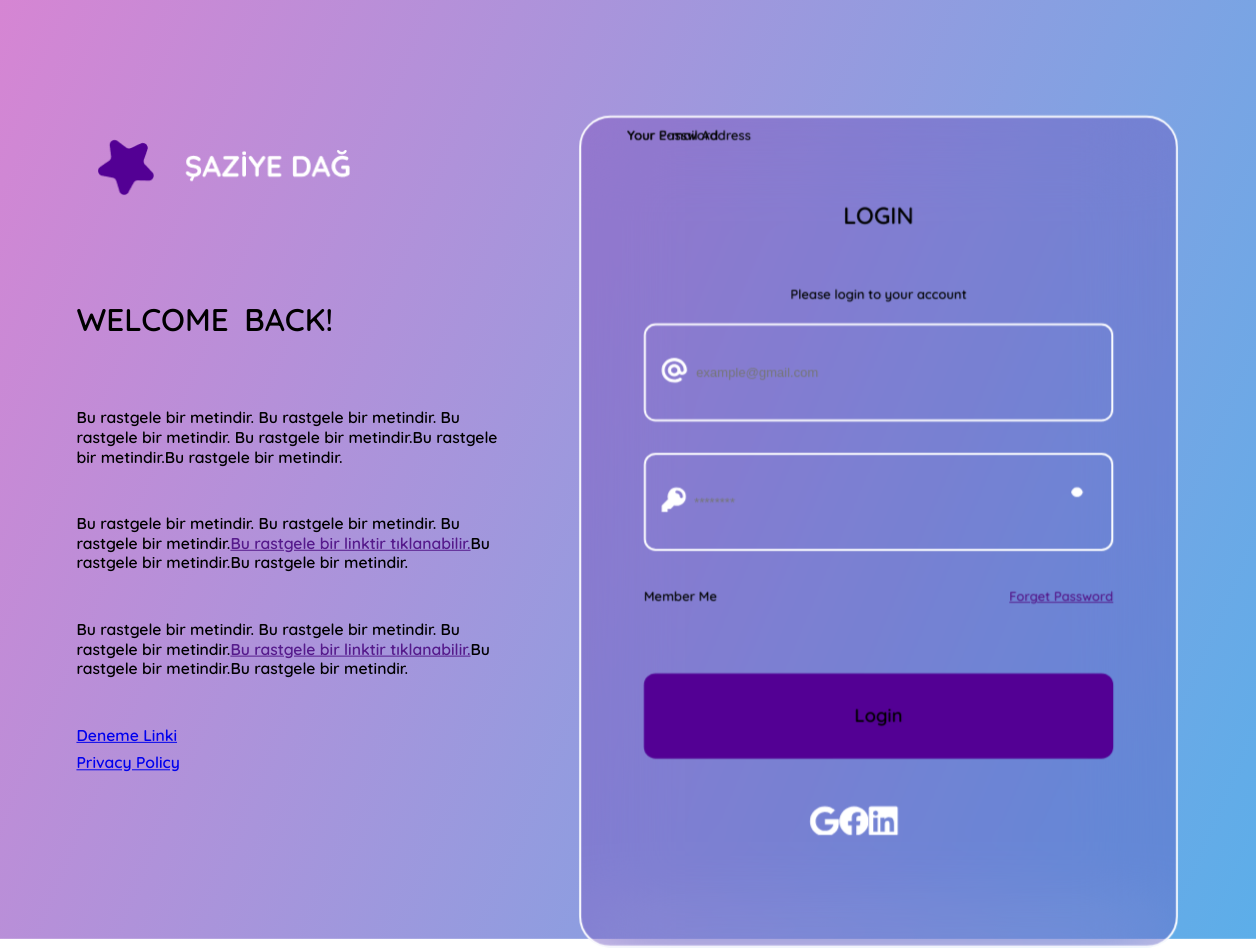
Repository: szydag/login
Page: /
These files come from the project's save history. The page is drawn as it stood at one moment and after the next save; the edit follows.
The browser window is 1280 px wide. The page is 1282 px wide, so the pictures cover 1282 px, including what lies to the right of the window. The pictures show the whole page, at 98% of full size.
The project was rebuilt for these pictures with package versions that can differ from the ones it lists, and the page was loaded fresh each time. Also part of the build but not shown: src/assets/svgr/unhiddenIcon/index.js.

Above is the page before, as saved 2023-10-29 20:50:55.

### src/index.js
import React from 'react';
import ReactDOM from 'react-dom/client';
import App from './app/index';
import {
    BrowserRouter
} from "react-router-dom";

const root = ReactDOM.createRoot(document.getElementById('root'));
root.render(
    <BrowserRouter>
        <App />
    </BrowserRouter>
);

### src/app/index.js
import LoginPage from "./pages/login";
import useStyles from "./style";

const App = () => {
    const classes = useStyles();
    return <div
        className={classes.main}
    >
        <LoginPage />
    </div>

};

export default App;

### src/app/pages/login/index.js
import React, { useEffect } from 'react'
import useStyles from './style';
import logo from './../../../assets/logo.png'
import MailIcon from './../../../assets/svgr/mailIcon/index.js'
import PasswordIcon from './../../../assets/svgr/passwordIcon/index.js'
import HiddenIcon from './../../../assets/svgr/hiddenIcon/index.js'
import UnhiddenIcon from './../../../assets/svgr/unhiddenIcon/index.js'
import GoogleIcon from './../../../assets/svgr/googleIcon/index.js'
import FacebookIcon from './../../../assets/svgr/facebookIcon/index.js'
import LinkedInIcon from './../../../assets/svgr/linkedInIcon/index.js'
const LoginPage = () => {

    const classes = useStyles();
    return <div
        className={classes.loginPage}
    >
        <div
            className={classes.promotionTexts}
        >
            <div
                className={classes.logo}
            >
                <img
                    src={logo}
                    alt=""
                />
            </div>
            <div
                className={classes.mainContent}
            >
                <div
                    className={classes.title}
                >
                    <h1>WELCOME</h1>
                    <h1>BACK!</h1>
                </div>
                <div
                    className={classes.contentText}
                >
                    <p>
                        Bu rastgele bir metindir. Bu rastgele bir metindir. Bu rastgele bir metindir. Bu rastgele bir metindir.Bu rastgele bir metindir.Bu rastgele bir metindir.
                    </p>
                    <p>
                        Bu rastgele bir metindir. Bu rastgele bir metindir. Bu rastgele bir metindir.
                        <a
                            href=""
                        >
                            Bu rastgele bir linktir tıklanabilir.
                        </a>
                        Bu rastgele bir metindir.Bu rastgele bir metindir.
                    </p>
                    <p>
                        Bu rastgele bir metindir. Bu rastgele bir metindir. Bu rastgele bir metindir.
                        <a
                            href=""
                        >
                            Bu rastgele bir linktir tıklanabilir.
                        </a>
                        Bu rastgele bir metindir.Bu rastgele bir metindir.
                    </p>
                </div>
                <div
                    className={classes.links}
                >
                    <a
                        href="

                    ">
                        Deneme Linki
                    </a>
                    <a
                        href="

                    ">
                        Privacy Policy
                    </a>
                </div>

            </div>
        </div>
        <div
            className={classes.loginArea}
        >
            <div
                className={classes.header}
            >
                <h2>LOGIN</h2>
                <h5>Please login to your account</h5>
            </div>
            <div
                className={classes.container}
            >
                <div
                    className={classes.loginMainContent}
                >
                    <div
                        className={classes.inputArea}
                    >
                        <div
                            className={classes.mailInput}
                        >

                            <div
                                className={classes.content}
                            >
                                <div
                                    className={classes.inputTitle}
                                >
                                    <h5>Your E-mail  Address</h5>
                                </div>
                                <MailIcon
                                    color='#ffffff'
                                    size={30}
                                />
                                <input
                                    className={classes.input}
                                    type="text"
                                    placeholder='example@gmail.com'
                                />
                            </div>
                        </div>
                        <div
                            className={classes.passwordInput}
                        >
                            <div
                                className={classes.content}
                            >
                                <div
                                    className={classes.inputTitle}
                                >
                                    <h5>Your Password</h5>
                                </div>
                                <PasswordIcon
                                    color='#ffffff'
                                    size={30}
                                />
                                <input
                                    className={classes.input}
                                    type="password"
                                    placeholder='********'
                                />
                                <HiddenIcon
                                    color='#ffffff'
                                    size={30}
                                />
                            </div>


                        </div>
                    </div>
                    <div
                        className={classes.passwordSettingsArea}
                    >
                        <div
                            className={classes.memberMeArea}
                        >
                            <h5>Member Me</h5>
                        </div>
                        <h5>
                            <a href="">
                                Forget Password
                            </a>
                        </h5>
                    </div>
                </div>
                <div
                    className={classes.loginButton}
                >
                    <h3>Login</h3>
                </div>
            </div>
            <div
                className={classes.accountSettings}
            >
                <div
                    className={classes.accountSettingsTitle}
                >

                </div>
                <div
                    className={classes.socialMediaIcons}
                >
                    <GoogleIcon
                        color='#ffffff'
                        size={30}
                    >
                    </GoogleIcon>
                    <FacebookIcon
                        color='#ffffff'
                        size={30}
                    >
                    </FacebookIcon>
                    <LinkedInIcon
                        color='#ffffff'
                        size={30}
                    >
                    </LinkedInIcon>
                </div>
                <div
                    className={classes.newAccountArea}
                >

                </div>
            </div>
        </div>
    </div>
}

export default LoginPage;

### src/app/style.js
import { createUseStyles } from "react-jss";

const useStyles = createUseStyles({
    "@font-face": [
        {
            fontFamily: "Quicksand-Bold",
            src: 'url("/public/assets/fonts/Quicksand-Bold.ttf")',
            fontStyle: "normal"
        },
        {
            fontFamily: "Quicksand-Light",
            src: 'url("/public/assets/fonts/Quicksand-Light.ttf")',
            fontStyle: "normal"
        },
        {
            fontFamily: "Quicksand-Medium",
            src: 'url("/public/assets/fonts/Quicksand-Medium.ttf")',
            fontStyle: "normal"
        },
        {
            fontFamily: "Quicksand-Regular",
            src: 'url("/public/assets/fonts/Quicksand-Regular.ttf")',
            fontStyle: "normal"
        },
        {
            fontFamily: "Quicksand-SemiBold",
            src: 'url("/public/assets/fonts/Quicksand-SemiBold.ttf")',
            fontStyle: "normal"
        }
    ],
    main: {
        fontFamily: "Quicksand-SemiBold",
        width: '100%',
        height: '100%',
    },
})
export default useStyles;

### src/app/pages/login/style.js

import { createUseStyles } from "react-jss";

const useStyles = createUseStyles({
    "@font-face": [
        {
            fontFamily: "Quicksand-Bold",
            src: 'url("/public/assets/fonts/Quicksand-Bold.ttf")',
            fontStyle: "normal"
        },
        {
            fontFamily: "Quicksand-Light",
            src: 'url("/public/assets/fonts/Quicksand-Light.ttf")',
            fontStyle: "normal"
        },
        {
            fontFamily: "Quicksand-Medium",
            src: 'url("/public/assets/fonts/Quicksand-Medium.ttf")',
            fontStyle: "normal"
        },
        {
            fontFamily: "Quicksand-Regular",
            src: 'url("/public/assets/fonts/Quicksand-Regular.ttf")',
            fontStyle: "normal"
        },
        {
            fontFamily: "Quicksand-SemiBold",
            src: 'url("/public/assets/fonts/Quicksand-SemiBold.ttf")',
            fontStyle: "normal"
        }
    ],
    h1: {
        fontFamily: 'Quicksand-SemiBold',
    },
    loginPage: {
        margin: "-10px",
        height: '100vh',
        display: 'flex',
        padding: '120px 80px',
        alignItems: 'flex-start',
        gap: '80px',
        background: 'linear-gradient(113deg, #B9A675 0%, #D685D3 0%, #5CAEE9 100%)',
    },
    promotionTexts: {
        width: '50%',
        display: 'flex',
        flexDirection: 'column',
        alignItems: 'flex-start',
        gap: '64px',
    },
    logo: {
        display: 'flex',
        alignItems: 'center',
        gap: '8px',
    },
    mainContent: {
        display: 'flex',
        flexDirection: 'column',
        justifyContent: ' center',
        alignItems: 'flex-start',
        gap: '32px',
    },
    title: {
        display: 'flex',
        alignItems: 'flex-start',
        gap: '16px',
    },
    contentText: {
        display: 'flex',
        flexDirection: 'column',
        alignItems: 'flex - start',
        gap: '16px',
    },
    links: {
        display: 'flex',
        flexDirection: 'column',
        alignItems: 'flex-start',
        gap: '8px',
    },
    loginArea: {
        width: '50%',
        display: 'flex',
        padding: '64px',
        flexDirection: 'column',
        justifyContent: 'center',
        alignItems: 'center',
        borderRadius: '32px',
        border: '2px solid #FFF',
        background: 'rgba(83, 0, 148, 0.20)',
        backdropFilter: 'blur(45px)',
    },
    header: {
        display: 'flex',
        flexDirection: 'column',
        alignItems: 'center',
        gap: '16px',
    },
    container: {
        display: 'flex',
        flexDirection: 'column',
        alignItems: 'flex-start',
        gap: '48px',
        alignSelf: 'stretch',
    },
    loginMainContent: {
        display: 'flex',
        flexDirection: 'column',
        justifyContent: 'center',
        alignItems: 'center',
        gap: '16px',
        alignSelf: 'stretch',
    },
    inputArea: {
        display: 'flex',
        flexDirection: 'column',
        alignItems: 'flex-start',
        gap: '32px',
        alignSelf: 'stretch',
    },
    mailInput: {
        display: 'flex',
        height: '64px',
        padding: '16px',
        flexDirection: 'column',
        justifyContent: 'center',
        alignItems: 'flex-start',
        alignSelf: 'stretch',
        borderRadius: '12px',
        border: '2px solid #FFF',
    },
    content: {
        width: '100%',
        height:'100%',
        display: 'flex',
        justifyContent: 'center',
        alignItems: 'center',
        gap: '6px',
    },
    input: {
        width: '100%',
        height:'100%',
        border: 'none',
        background: 'rgba(255, 255, 255, 0.00)',
        color: 'rgb(0, 0, 0)'
    },
    inputTitle: {
        display: 'flex',
        padding: '0px 10px',
        alignItems: 'center',
        gap: '10px',
        position: 'absolute',
        left: '37px',
        top: '-12px',
    },
    passwordInput: {
        display: 'flex',
        height: '64px',
        padding: '16px',
        justifyContent: 'space-between',
        alignItems: 'center',
        alignSelf: 'stretch',
        borderRadius: '12px',
        border: '2px solid #FFF',
    },
    passwordSettingsArea: {
        display: 'flex',
        justifyContent: 'space-between',
        alignItems: 'flex-start',
        alignSelf: 'stretch',
    },
    memberMeArea: {
        display: 'flex',
        alignItems: 'center',
        gap: '16px',
    },
    loginButton: {
        display: 'flex',
        padding: '13px 215px',
        justifyContent: 'center',
        alignItems: 'center',
        gap: '10px',
        alignSelf: 'stretch',
        borderRadius: '12px',
        background: '#530094',
    },
    accountSettings: {
        display: 'flex',
        flexDirection: 'column',
        alignItems: 'center',
        gap: '48px',
    },
    accountSettingsTitle: {
        display: 'flex',
        justifyContent: 'center',
        alignItems: 'center',
        gap: '8px',
    },
    socialMediaIcons: {
        width: '140px',
        height: '31.492px',
    },
    newAccountArea: {
        display: 'flex',
        justifyContent: 'center',
        alignItems: 'flex-start',
        gap: '16px',
    },
})
export default useStyles;

### src/assets/svgr/mailIcon/index.js
import * as React from "react"
const MailIcon = ({
    color = "#ffffff",
    size = 30,
    ...props
}) => {
    const pathScale = 30 / size;
    return <svg
        xmlns="http://www.w3.org/2000/svg"
        width={size}
        height={size}
        fill="none"
        {...props}
    >
        <path
            fill={color}
            transform={`scale(${1 / 1})`}
            d="M19.894 6.125c-3.807-3.661-9.98-3.661-13.788 0s-3.808 9.597 0 13.258c3.31 3.183 8.41 3.6 12.187 1.248.753-.47 1.759-.263 2.247.461.488.725.273 1.692-.48 2.161-5.038 3.138-11.837 2.586-16.252-1.66-5.077-4.881-5.077-12.796 0-17.678 5.076-4.881 13.308-4.881 18.384 0C24.73 6.355 26 9.558 26 12.755c0 2.588-2.183 4.687-4.875 4.687a4.982 4.982 0 0 1-2.925-.937c-1.186 1.517-3.074 2.5-5.2 2.5-3.59 0-6.5-2.799-6.5-6.25 0-3.453 2.91-6.25 6.5-6.25s6.5 2.797 6.5 6.25c0 .862.727 1.562 1.625 1.562s1.625-.7 1.625-1.563c0-2.402-.952-4.798-2.856-6.629Zm-3.644 6.63c0-1.727-1.455-3.126-3.25-3.126s-3.25 1.4-3.25 3.125c0 1.726 1.455 3.125 3.25 3.125s3.25-1.399 3.25-3.125Z"
        />
    </svg>
}
export default MailIcon

### src/assets/svgr/passwordIcon/index.js
import * as React from "react"
const PasswordIcon = ({
    color = "#ffffff",
    size = 30,
    ...props
}) => {
    const pathScale = 30 / size;
    return <svg
        xmlns="http://www.w3.org/2000/svg"
        width={size}
        height={size}
        fill="none"
        {...props}
    >
        <path
            fill={color}
            transform={`scale(${1 / 1})`}
            d="M25 9.63a9.375 9.375 0 0 1-12.098 8.972L9.375 22.13H6.25v3.125H0v-6.25l6.652-6.652A9.375 9.375 0 1 1 25 9.63Zm-9.375-6.25a1.563 1.563 0 0 0 0 3.124c1.726 0 3.125 1.4 3.125 3.125a1.563 1.563 0 0 0 3.125 0 6.25 6.25 0 0 0-6.25-6.25Z"
        />
    </svg>
}
export default PasswordIcon

### src/assets/svgr/hiddenIcon/index.js
import * as React from "react"
const HiddenIcon = ({
    color = "#ffffff",
    size = 30,
    ...props
}) => {
    const pathScale = 30 / size;
    return <svg
        xmlns="http://www.w3.org/2000/svg"
        width={size}
        height={size}
        fill="none"
        {...props}
    >
        <path
            fill={color}
            transform={`scale(${1 / 1})`}
            d="M0 5.03C.801 2.115 3.185 0 6 0s5.199 2.115 6 5.03c-.801 2.915-3.185 5.03-6 5.03S.801 7.945 0 5.03Zm8.515 0C8.515 6.617 7.39 7.904 6 7.904c-1.39 0-2.515-1.287-2.515-2.874C3.485 3.443 4.61 2.156 6 2.156c1.39 0 2.515 1.287 2.515 2.874Z"
        />
    </svg>
}
export default HiddenIcon

### src/assets/svgr/googleIcon/index.js
import * as React from "react"
const GoogleIcon = ({
    color = "#ffffff",
    size = 30,
    ...props
}) => {
    const pathScale = 30 / size;
    return <svg
        xmlns="http://www.w3.org/2000/svg"
        width={size}
        height={size}
        fill="none"
        {...props}
    >
        <path
            fill={color}
            transform={`scale(${1 / 1})`}
            d="M30.5 16.357c0 8.698-5.957 14.889-14.754 14.889A15.228 15.228 0 0 1 .5 16 15.228 15.228 0 0 1 15.746.754c4.106 0 7.561 1.506 10.223 3.99l-4.15 3.99C16.392 3.496 6.298 7.43 6.298 16c0 5.318 4.248 9.627 9.449 9.627 6.037 0 8.3-4.328 8.656-6.572h-8.656v-5.243H30.26c.142.78.24 1.53.24 2.545Z"
        />
    </svg>
}
export default GoogleIcon

### src/assets/svgr/facebookIcon/index.js
import * as React from "react"
const FacebookIcon = ({
    color = "#ffffff",
    size = 30,
    ...props
}) => {
    const pathScale = 30 / size;
    return <svg
        xmlns="http://www.w3.org/2000/svg"
        width={size}
        height={size}
        fill="none"
        {...props}
    >
        <path
            fill={color}
            transform={`scale(${1 / 1})`}
            d="M30.5 15.754c0-8.286-6.714-15-15-15s-15 6.714-15 15c0 7.487 5.485 13.692 12.656 14.819V20.09h-3.81v-4.336h3.81V12.45c0-3.759 2.238-5.835 5.666-5.835 1.641 0 3.358.293 3.358.293v3.689h-1.892c-1.863 0-2.444 1.156-2.444 2.343v2.815h4.16l-.666 4.336h-3.494v10.483C25.014 29.446 30.5 23.24 30.5 15.754Z"
        />
    </svg>
}
export default FacebookIcon

### src/assets/svgr/linkedInIcon/index.js
import * as React from "react"
const LinkedInIcon = ({
    color = "#ffffff",
    size = 30,
    ...props
}) => {
    const pathScale = 30 / size;
    return <svg
        xmlns="http://www.w3.org/2000/svg"
        width={size}
        height={size}
        fill="none"
        {...props}
    >
        <path
            fill={color}
            transform={`scale(${1 / 1})`}
            d="M28.357.754H2.637C1.456.754.5 1.725.5 2.917v25.674c0 1.192.958 2.163 2.136 2.163h25.721c1.179 0 2.143-.97 2.143-2.163V2.917c0-1.192-.964-2.163-2.143-2.163ZM9.567 26.468H5.121V12.151h4.453v14.317h-.007ZM7.344 10.196a2.58 2.58 0 0 1 0-5.156 2.584 2.584 0 0 1 2.578 2.578 2.575 2.575 0 0 1-2.578 2.578Zm18.89 16.272h-4.446v-6.964c0-1.66-.034-3.797-2.31-3.797-2.317 0-2.672 1.808-2.672 3.677v7.084h-4.447V12.151h4.266v1.956h.06c.596-1.125 2.05-2.31 4.212-2.31 4.5 0 5.337 2.966 5.337 6.823v7.848Z"
        />
    </svg>
}
export default LinkedInIcon

Loaded but not shown: public/index.html (common file)

After the next save:
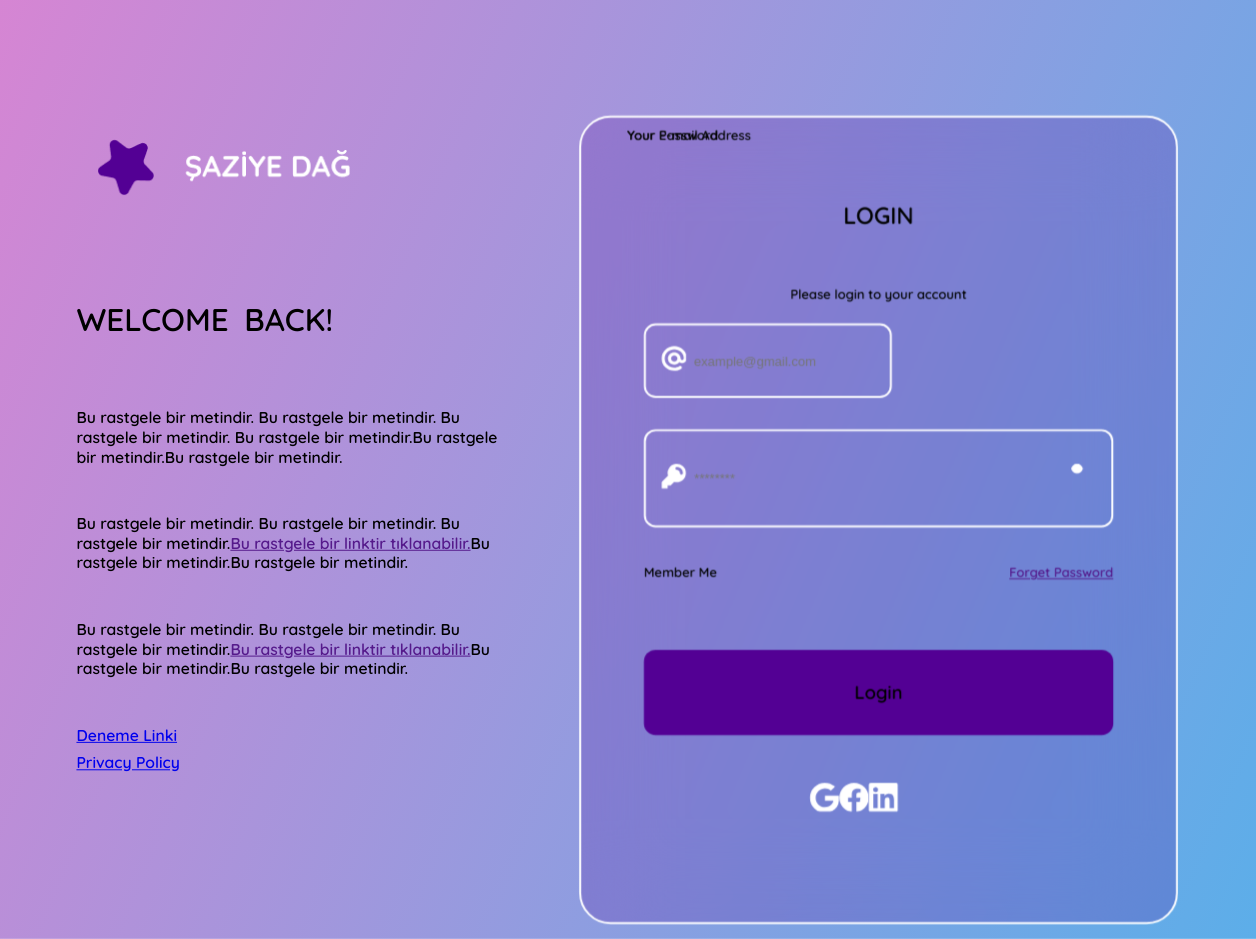
Saved 16 s later.
--- a/src/app/pages/login/style.js
+++ b/src/app/pages/login/style.js
@@ -119,12 +119,11 @@ const useStyles = createUseStyles({
     },
     mailInput: {
         display: 'flex',
-        height: '64px',
+        height: '40px',
         padding: '16px',
         flexDirection: 'column',
         justifyContent: 'center',
         alignItems: 'flex-start',
-        alignSelf: 'stretch',
         borderRadius: '12px',
         border: '2px solid #FFF',
     },
